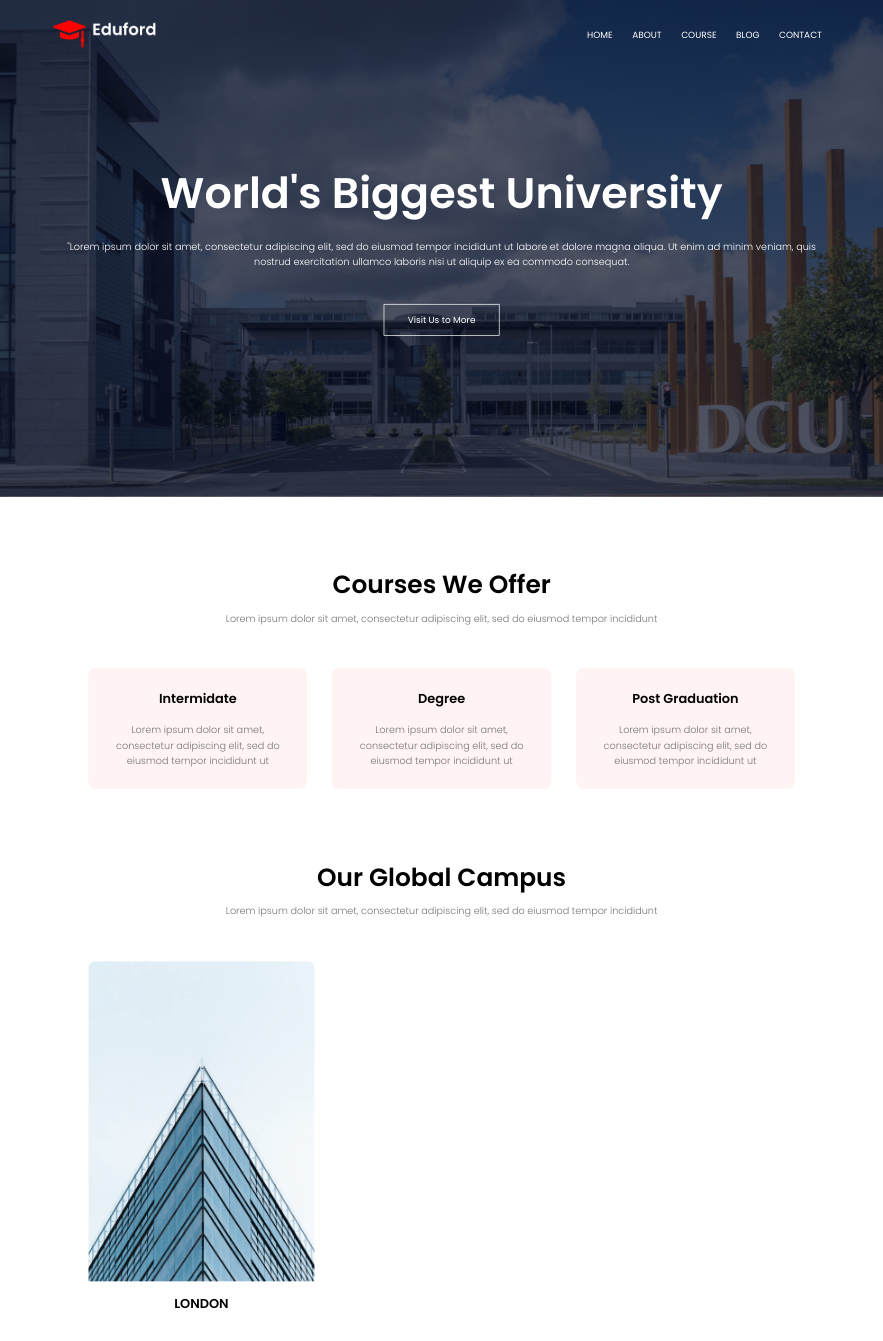
Repository: dewaary/company-profile
Page: index.html
The author's editor kept a copy of each file at every save. The page is drawn from the files as they stood at one save, then again after the next save.
The browser window is 1280 px wide. The pictures show the whole page, at 69% of full size.

Above is the page before, as saved 2021-05-07 21:16:59.

After the next save:
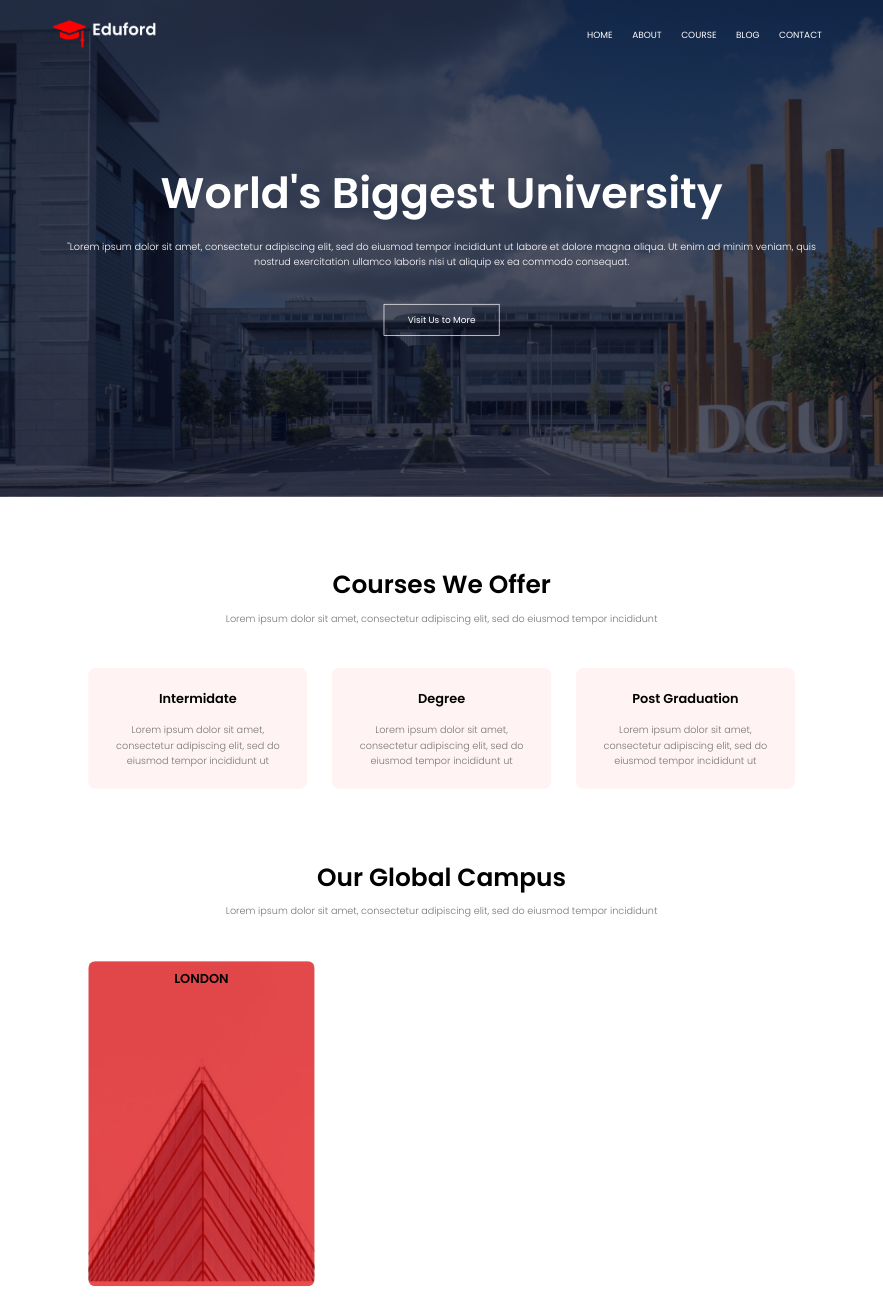
Saved 84 s later.
--- a/style.css
+++ b/style.css
@@ -205,3 +205,12 @@ nav .fa{
    width: 100%;
 
  }
+
+ .layer{
+   background: rgba(226,0,0,0.7);
+   height: 100%;
+   width: 100%;
+   position: absolute;
+   top: 0;
+   left: 0;
+ }
